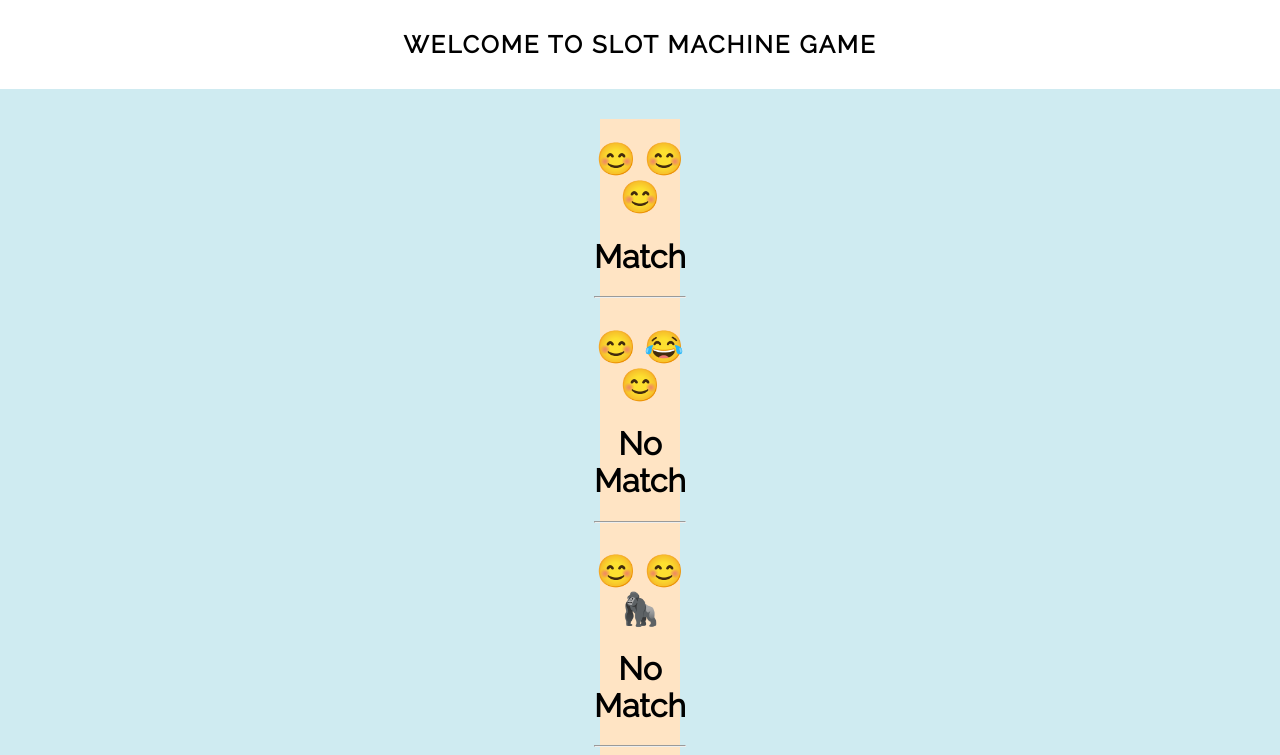
Repository: duggallakshya/slotMachineReact
Page: /
An editor plug-in stored every save of this project. The page is shown before and after a run of saves, followed by the edit.
The browser window is 1280 px wide. The pictures show the whole page.
The project was rebuilt for these pictures with package versions that can differ from the ones it lists, and the page was loaded fresh each time.

Above is the page before, as saved 2022-03-23 00:38:32.

### src/index.js
import React from 'react';
import ReactDOM from 'react-dom';
import './index.css';
import App from './App';

ReactDOM.render(
  <App />,
  document.getElementById('root')
)

### src/index.css
@import url('https://fonts.googleapis.com/css2?family=Raleway&display=swap');
body{
  background-color: rgb(207, 235, 241);
  margin: 0;
  padding: 0;

}

.heading-style{
  padding: 30px 0;
  margin-top: 0px;
  text-align: center;
  font-family:'Raleway', sans-serif;
  text-transform: uppercase;
  font-size: 13px;
  letter-spacing: 2px;
  font-weight: 500;
  background-color: #fff;
  font-size: 1.5rem;
  margin-bottom: 30px;
  font-weight: bold;
}

.slot-inner{
  text-align: center;
  font-family: 'Raleway', sans-serif ;
}
.main-div{
  display: flex;
  flex-direction: column;
  height: auto;
  justify-content: center;
  align-items: center;
  background-color: bisque;
  /* padding: 0px 30px;*/
  margin: 0px 600px;
  position: relative;
  border: brown;
  border

}

### src/App.jsx
import React from 'react';
import SlotMachine from './SlotMachine';

const App = () => {
    return(
        <>
            <h1 className="heading-style"> Welcome to Slot machine game </h1>
            <div className="main-div">
                <SlotMachine x ='😊' y ='😊' z ='😊'/>
                <SlotMachine x ='😊' y ='😂' z ='😊'/>
                <SlotMachine x ='😊' y ='😊' z ='🦍'/>
            </div>
        </>
    )
}

export default App;

### src/SlotMachine.jsx
import React from 'react';

const SlotMachine = (props) => {
    if(props.x===props.y && props.y==props.z){
        return (
            <>
                <div className="slot-inner">

                    <h1> {props.x} {props.y} {props.z} </h1>
                    <h1> Match </h1>
                    <hr/>

                </div>
            </>
        )
    }
    else{
        return (
            <>
                <div className="slot-inner">

                    <h1> {props.x} {props.y} {props.z} </h1>
                    <h1> No Match </h1>
                    <hr/>

                </div>
            </>
        )
    }
}

export default SlotMachine;

Loaded but not shown: public/index.html (common file)

After the next 2 saves:
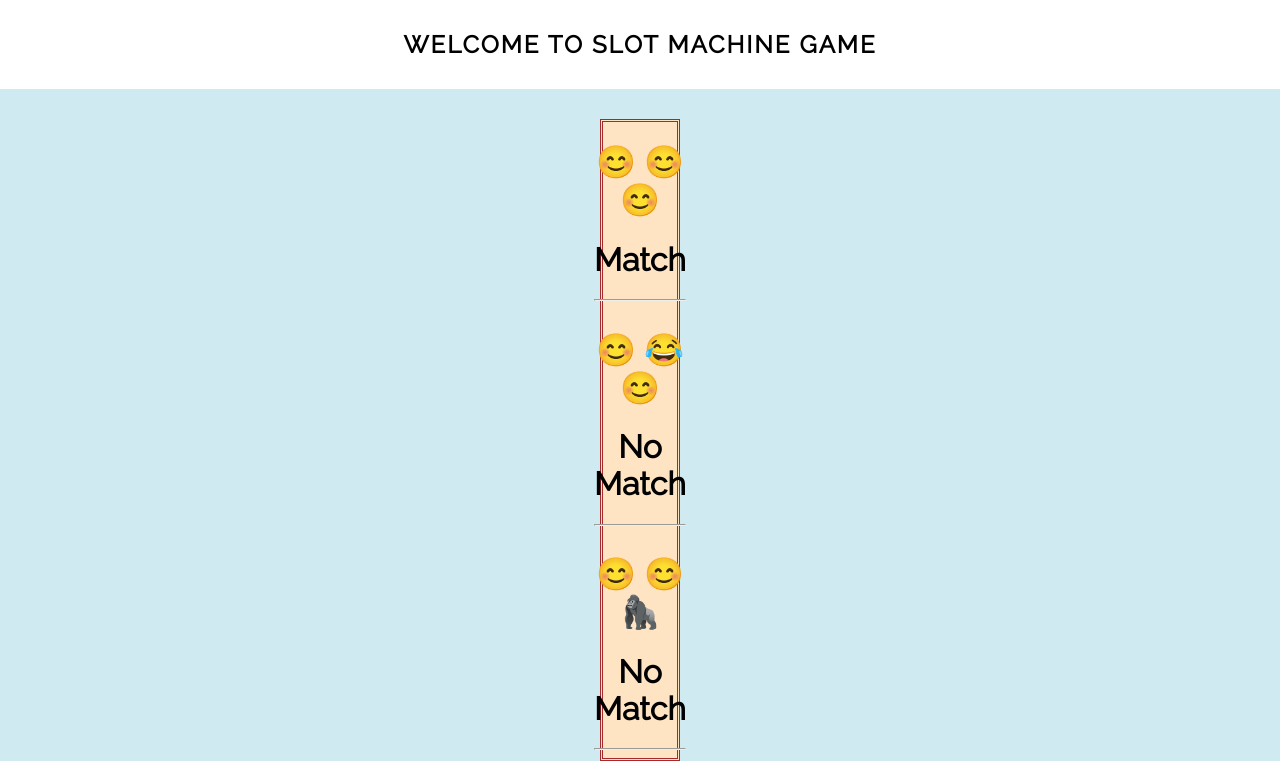
The 2 saves are shown as one change because they came seconds apart.
The last was saved 6 s later.
--- a/src/index.css
+++ b/src/index.css
@@ -36,6 +36,6 @@ body{
   margin: 0px 600px;
   position: relative;
   border: brown;
-  border
+  border-style: double;
 
 }
